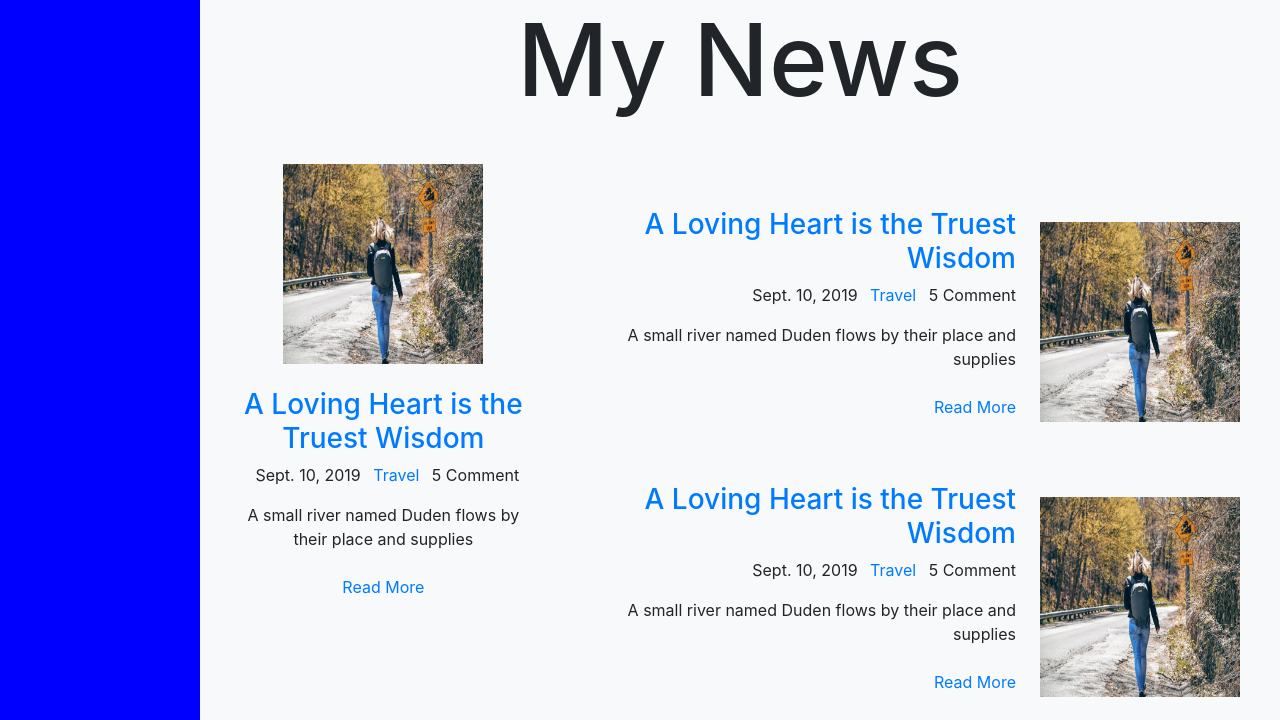
Repository: tts2610/GoogleNews
Page: index.html
The author's editor kept a copy of each file at every save. The page is drawn from the files as they stood at one save, then again after the next save.
The browser window is 1280 px wide. The pictures show the whole page.
The page's requests for data from a server got no answer. An inner scrolling area shows only its first screen.

Above is the page before, as saved 2020-05-20 15:38:04.

After the next save:
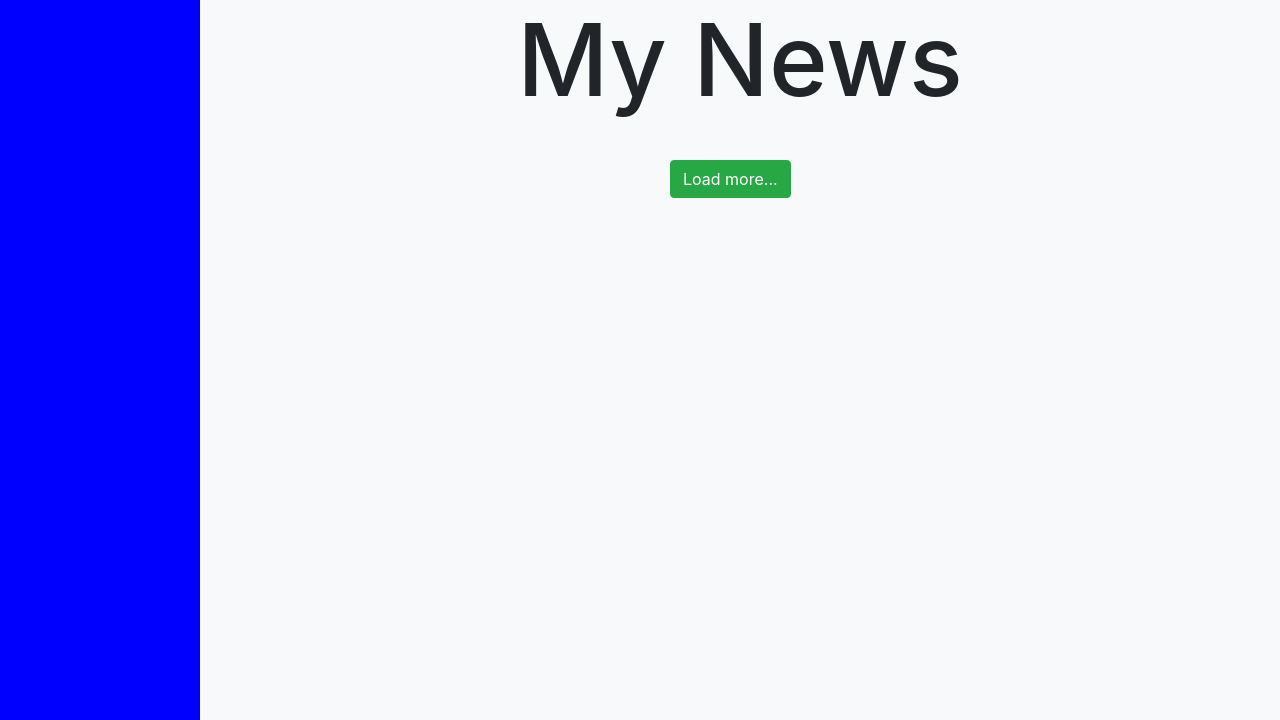
Saved 38 s later.
--- a/index.html
+++ b/index.html
@@ -27,7 +27,7 @@
             <div class="content-header mb-4">
                 <h1 style="font-size: 100px; text-align: center;">My News</h1>
             </div>
-            <div class="row">
+            <!-- <div class="row">
                 <div class="col-4 d-flex">
                     <div class="blog-entry-left">
                         <div>
@@ -85,9 +85,9 @@
                         </div>
                     </div>
                 </div>
-            </div>
+            </div> -->
             <button type="button" id="loadMoreBtn" class="btn btn-success my-3" style="margin-left: 470px;">Load more...</button>
-            <div class="row">
+            <!-- <div class="row">
                 <div class="col-4 d-flex">
                     <div class="blog-entry-left">
                         <div>
@@ -145,7 +145,7 @@
                         </div>
                     </div>
                 </div>
-            </div>
+            </div> -->
         </div>
     </div>
 
